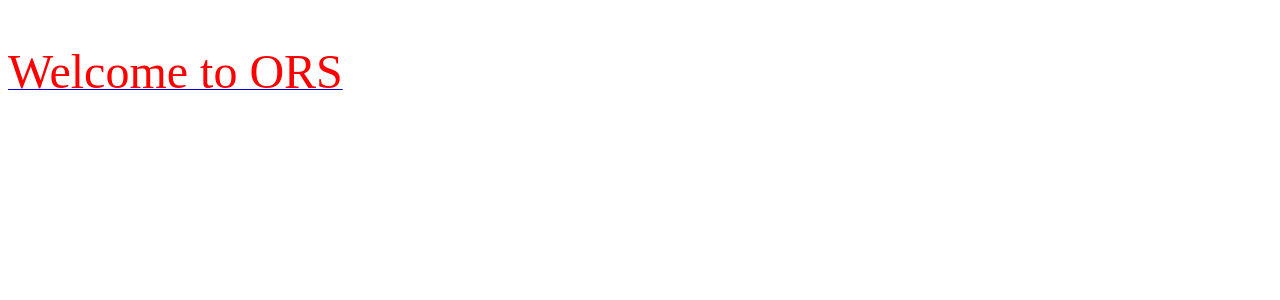
Repository: SonaliAvantika777/project-4
Page: http://localhost/ORS_Project_4/
The author's editor kept a copy of each file at every save. The page is drawn from the files as they stood at one save, then again after the next save.
The browser window is 1280 px wide. The pictures show the whole page.
The page is served by Tomcat 9. Other server files are loaded and not shown.

Above is the page before, as saved 2022-12-24 08:14:07.

### Project_4 Workspace/ORS_Project_4/src/main/webapp/index.jsp
<%@page import="in.co.rays.proj4.controller.ORSView"%>
<html>
<body>



    <form action="">
        <h1 align="Center">

        </h1>
        <br> <br> <a href="<%=ORSView.LOGIN_CTL%>"><font size="10px" color="red">Welcome to ORS </font></a>



</body>
</html>

After the next save:
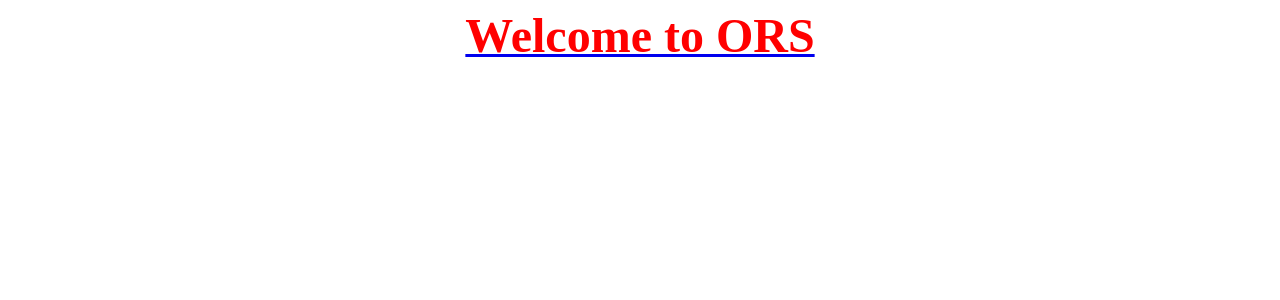
Saved 29 s later.
--- a/Project_4 Workspace/ORS_Project_4/src/main/webapp/index.jsp
+++ b/Project_4 Workspace/ORS_Project_4/src/main/webapp/index.jsp
@@ -7,10 +7,10 @@
     <form action="">
         <h1 align="Center">
 
-        </h1>
-        <br> <br> <a href="<%=ORSView.LOGIN_CTL%>"><font size="10px" color="red">Welcome to ORS </font></a>
+         <a href="<%=ORSView.LOGIN_CTL%>"><font size="10px" color="red">Welcome to ORS </font></a>
 
 
+        </h1>
 
 </body>
 </html>
